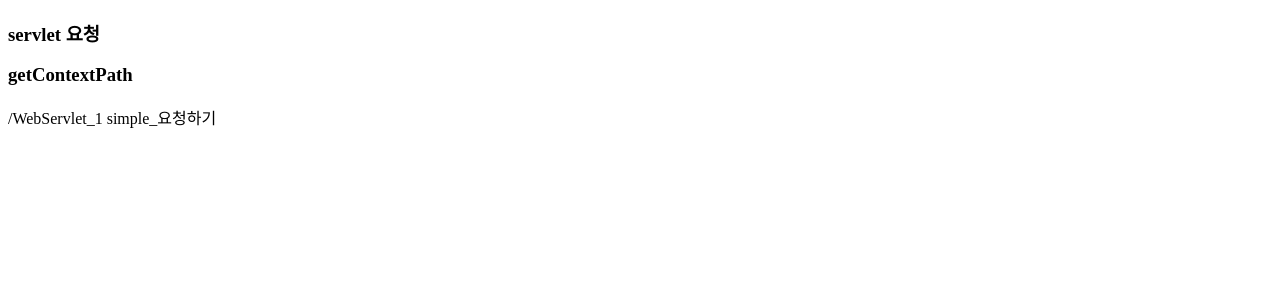
Repository: 71summernight/JavaScript_Jquery
Page: http://localhost/WebServlet_1/
These files come from the project's save history. The page is drawn as it stood at one moment and after the next save; the edit follows.
The browser window is 1280 px wide. The pictures show the whole page.
The page is served by Tomcat 9. Other server files are loaded and not shown.

Above is the page before, as saved 2021-04-01 01:45:28.

### WebServlet_1/WebContent/default.jsp
<%@ page language="java" contentType="text/html; charset=UTF-8"
    pageEncoding="UTF-8"%>
<!DOCTYPE html>
<html>
<head>
<meta charset="UTF-8">
<title>Servlet 요청하기</title>
</head>
<body>
<h3>servlet 요청</h3>
<h3>getContextPath</h3>
<%=request.getContextPath() %>
<a herf="<%=request.getContextPath() %>/simple">simple_요청하기</a>
</body>
</html>

After the next save:
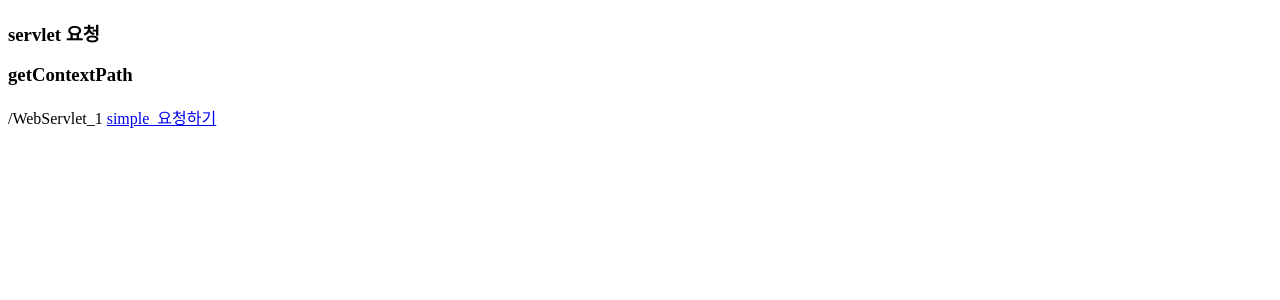
Saved 52 s later.
--- a/WebServlet_1/WebContent/default.jsp
+++ b/WebServlet_1/WebContent/default.jsp
@@ -10,6 +10,6 @@
 <h3>servlet 요청</h3>
 <h3>getContextPath</h3>
 <%=request.getContextPath() %>
-<a herf="<%=request.getContextPath() %>/simple">simple_요청하기</a>
+<a href="<%=request.getContextPath() %>/simple">simple_요청하기</a>
 </body>
 </html>
